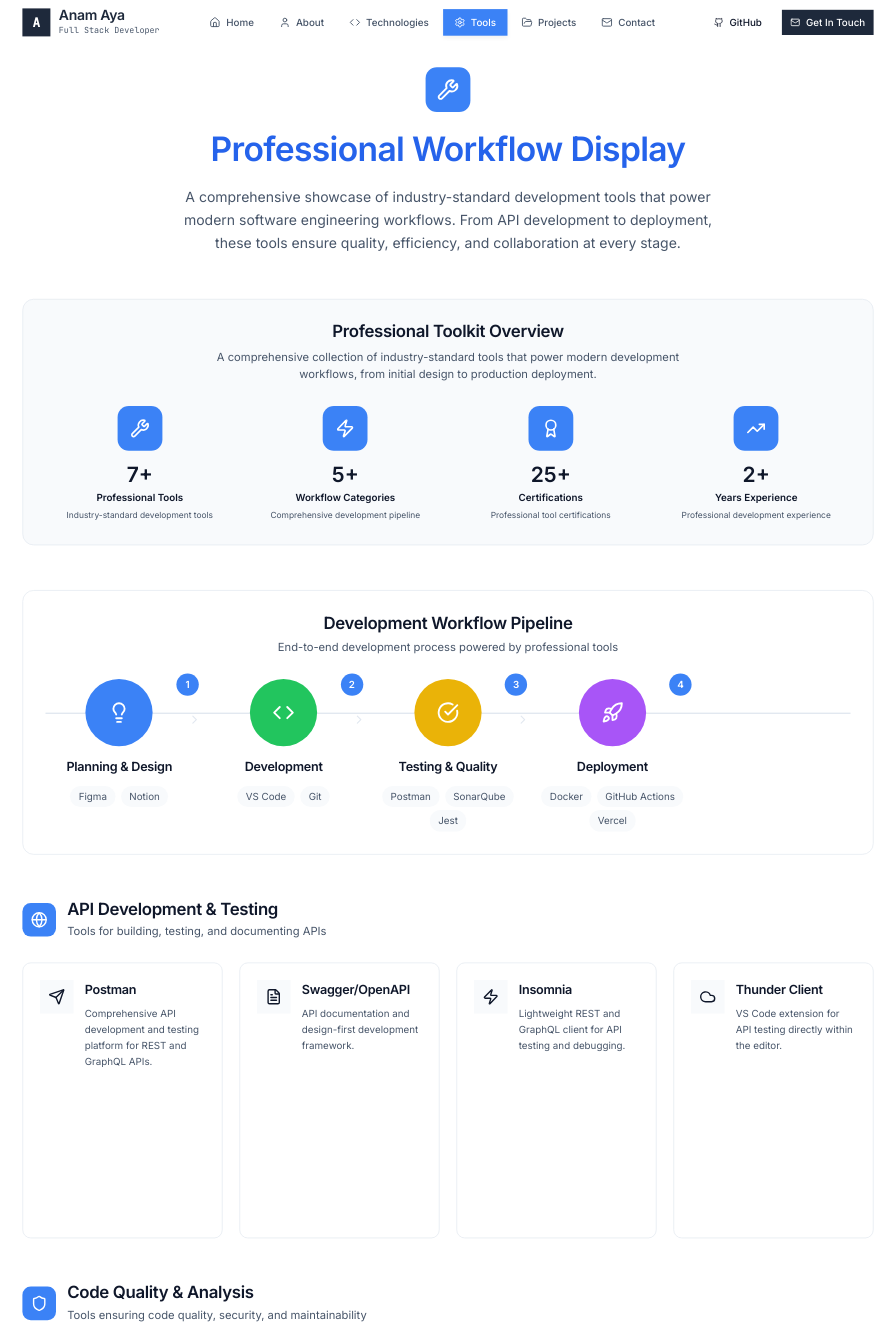
Repository: ayaaas/portflio_aya
Page: /tools-professional-workflow-display
An editor plug-in stored every save of this project. The page is shown before and after the next save, followed by the edit.
The browser window is 1280 px wide. The pictures show the part of the page from y = 0 to 1920 px (the page is 4482 px tall), at 70% of full size.
The project was rebuilt for these pictures with package versions that can differ from the ones it lists, and the page was loaded fresh each time. Also part of the build but not shown: vite.config.mjs, src/components/ErrorBoundary.jsx, src/components/AppImage.jsx, src/pages/hero-section-developer-portfolio/components/ProfileImage.jsx, src/pages/hero-section-developer-portfolio/components/AnimatedText.jsx, src/pages/hero-section-developer-portfolio/components/HeroContent.jsx, src/pages/hero-section-developer-portfolio/components/BackgroundPattern.jsx, src/pages/hero-section-developer-portfolio/components/ScrollIndicator.jsx and 24 more.

Above is the page before, as saved 2025-07-19 00:30:36.

### index.html
<!doctype html>
<html lang="en">

<head>
  <meta charset="utf-8" />
  <title>anam-aya-portfolio</title>
  <meta name="viewport" content="width=device-width, initial-scale=1.0" />
  <meta name="theme-color" content="#000000" />
  <meta name="description" content="Web site created using create-react-app" />
  <link rel="icon" href="/favicon.ico" />
  <link rel="manifest" href="/manifest.json" />
<script type="module" src="https://static.rocket.new/rocket-web.js?_cfg=https%3A%2F%2Fanamayap2173back.builtwithrocket.new&_be=https%3A%2F%2Fapplication.rocket.new&_v=0.1.6"></script>
</head>

<body>
  <noscript>You need to enable JavaScript to run this app.</noscript>
  <div class="dhiwise-code" id="root"></div>
  <script type="module" src="/src/index.jsx"></script>
</body>

</html>

### src/Routes.jsx
import React from "react";
import { BrowserRouter, Routes as RouterRoutes, Route } from "react-router-dom";
import ScrollToTop from "components/ScrollToTop";
import ErrorBoundary from "components/ErrorBoundary";
// Add your imports here
import HeroSectionDeveloperPortfolio from "pages/hero-section-developer-portfolio";
import AboutMePersonalNarrative from "pages/about-me-personal-narrative";
import ToolsProfessionalWorkflowDisplay from "pages/tools-professional-workflow-display";
import ContactCommunicationPortal from "pages/contact-communication-portal";
import TechnologiesInteractiveStackShowcase from "pages/technologies-interactive-stack-showcase";
import ProjectsCuratedCaseStudies from "pages/projects-curated-case-studies";
import NotFound from "pages/NotFound";

const Routes = () => {
  return (
    <BrowserRouter>
      <ErrorBoundary>
      <ScrollToTop />
      <RouterRoutes>
        {/* Define your routes here */}
        <Route path="/" element={<HeroSectionDeveloperPortfolio />} />
        <Route path="/hero-section-developer-portfolio" element={<HeroSectionDeveloperPortfolio />} />
        <Route path="/about-me-personal-narrative" element={<AboutMePersonalNarrative />} />
        <Route path="/tools-professional-workflow-display" element={<ToolsProfessionalWorkflowDisplay />} />
        <Route path="/contact-communication-portal" element={<ContactCommunicationPortal />} />
        <Route path="/technologies-interactive-stack-showcase" element={<TechnologiesInteractiveStackShowcase />} />
        <Route path="/projects-curated-case-studies" element={<ProjectsCuratedCaseStudies />} />
        <Route path="*" element={<NotFound />} />
      </RouterRoutes>
      </ErrorBoundary>
    </BrowserRouter>
  );
};

export default Routes;

### src/components/ui/Header.jsx
import React, { useState, useEffect } from 'react';
import { Link, useLocation } from 'react-router-dom';
import Icon from '../AppIcon';
import Button from './Button';

const Header = () => {
  const [isMenuOpen, setIsMenuOpen] = useState(false);
  const [isScrolled, setIsScrolled] = useState(false);
  const location = useLocation();

  const navigationItems = [
    { name: 'Home', path: '/hero-section-developer-portfolio', icon: 'Home' },
    { name: 'About', path: '/about-me-personal-narrative', icon: 'User' },
    { name: 'Technologies', path: '/technologies-interactive-stack-showcase', icon: 'Code' },
    { name: 'Tools', path: '/tools-professional-workflow-display', icon: 'Settings' },
    { name: 'Projects', path: '/projects-curated-case-studies', icon: 'FolderOpen' },
    { name: 'Contact', path: '/contact-communication-portal', icon: 'Mail' },
  ];

  useEffect(() => {
    const handleScroll = () => {
      setIsScrolled(window.scrollY > 20);
    };

    window.addEventListener('scroll', handleScroll);
    return () => window.removeEventListener('scroll', handleScroll);
  }, []);

  const toggleMenu = () => {
    setIsMenuOpen(!isMenuOpen);
  };

  const closeMenu = () => {
    setIsMenuOpen(false);
  };

  const isActivePath = (path) => {
    return location.pathname === path;
  };

  return (
    <header
      className={`fixed top-0 left-0 right-0 z-50 transition-all-300 ${
        isScrolled
          ? 'bg-background/95 backdrop-blur-sm border-b border-border shadow-soft'
          : 'bg-background'
      }`}
    >
      <div className="w-full">
        <div className="flex items-center justify-between h-16 px-6 lg:px-8">
          {/* Logo */}
          <Link
            to="/hero-section-developer-portfolio"
            className="flex items-center space-x-3 hover-lift"
            onClick={closeMenu}
          >
            <div className="w-10 h-10 bg-primary rounded-lg flex items-center justify-center">
              <span className="text-primary-foreground font-bold text-lg font-mono">A</span>
            </div>
            <div className="hidden sm:block">
              <h1 className="text-xl font-semibold text-primary tracking-tight">
                Anam Aya
              </h1>
              <p className="text-xs text-text-secondary font-mono">
                Full Stack Developer
              </p>
            </div>
          </Link>

          {/* Desktop Navigation */}
          <nav className="hidden lg:flex items-center space-x-1">
            {navigationItems.map((item) => (
              <Link
                key={item.path}
                to={item.path}
                className={`px-4 py-2 rounded-lg text-sm font-medium transition-all-300 hover-lift ${
                  isActivePath(item.path)
                    ? 'bg-accent text-accent-foreground shadow-soft'
                    : 'text-text-secondary hover:text-primary hover:bg-muted'
                }`}
              >
                <span className="flex items-center space-x-2">
                  <Icon name={item.icon} size={16} />
                  <span>{item.name}</span>
                </span>
              </Link>
            ))}
          </nav>

          {/* Desktop CTA */}
          <div className="hidden lg:flex items-center space-x-4">
            <Button
              variant="outline"
              size="sm"
              iconName="Github"
              iconPosition="left"
              onClick={() => window.open('https://github.com', '_blank')}
              className="hover-lift"
            >
              GitHub
            </Button>
            <Button
              variant="default"
              size="sm"
              iconName="Mail"
              iconPosition="left"
              onClick={() => window.location.href = 'mailto:anam@example.com'}
              className="hover-lift"
            >
              Get In Touch
            </Button>
          </div>

          {/* Mobile Menu Button */}
          <button
            onClick={toggleMenu}
            className="lg:hidden p-2 rounded-lg text-text-secondary hover:text-primary hover:bg-muted transition-all-300"
            aria-label="Toggle menu"
          >
            <Icon name={isMenuOpen ? 'X' : 'Menu'} size={24} />
          </button>
        </div>

        {/* Mobile Navigation */}
        <div
          className={`lg:hidden transition-all-300 overflow-hidden ${
            isMenuOpen ? 'max-h-96 opacity-100' : 'max-h-0 opacity-0'
          }`}
        >
          <nav className="px-6 py-4 bg-surface border-t border-border">
            <div className="space-y-2">
              {navigationItems.map((item) => (
                <Link
                  key={item.path}
                  to={item.path}
                  onClick={closeMenu}
                  className={`flex items-center space-x-3 px-4 py-3 rounded-lg text-sm font-medium transition-all-300 ${
                    isActivePath(item.path)
                      ? 'bg-accent text-accent-foreground shadow-soft'
                      : 'text-text-secondary hover:text-primary hover:bg-muted'
                  }`}
                >
                  <Icon name={item.icon} size={18} />
                  <span>{item.name}</span>
                </Link>
              ))}
            </div>

            {/* Mobile CTAs */}
            <div className="mt-6 pt-4 border-t border-border space-y-3">
              <Button
                variant="outline"
                fullWidth
                iconName="Github"
                iconPosition="left"
                onClick={() => {
                  window.open('https://github.com', '_blank');
                  closeMenu();
                }}
              >
                View GitHub
              </Button>
              <Button
                variant="default"
                fullWidth
                iconName="Mail"
                iconPosition="left"
                onClick={() => {
                  window.location.href = 'mailto:anam@example.com';
                  closeMenu();
                }}
              >
                Get In Touch
              </Button>
            </div>
          </nav>
        </div>
      </div>
    </header>
  );
};

export default Header;

### src/components/ui/Button.jsx
import React from 'react';
import { Slot } from "@radix-ui/react-slot";
import { cva } from "class-variance-authority";
import { cn } from "../../utils/cn";
import Icon from '../AppIcon';

const buttonVariants = cva(
    "inline-flex items-center justify-center whitespace-nowrap rounded-md text-sm font-medium ring-offset-background transition-colors focus-visible:outline-none focus-visible:ring-2 focus-visible:ring-ring focus-visible:ring-offset-2 disabled:pointer-events-none disabled:opacity-50",
    {
        variants: {
            variant: {
                default: "bg-primary text-primary-foreground hover:bg-primary/90",
                destructive: "bg-destructive text-destructive-foreground hover:bg-destructive/90",
                outline: "border border-input hover:bg-accent hover:text-accent-foreground",
                secondary: "bg-secondary text-secondary-foreground hover:bg-secondary/80",
                ghost: "hover:bg-accent hover:text-accent-foreground",
                link: "text-primary underline-offset-4 hover:underline",
                success: "bg-success text-success-foreground hover:bg-success/90",
                warning: "bg-warning text-warning-foreground hover:bg-warning/90",
                danger: "bg-error text-error-foreground hover:bg-error/90",
            },
            size: {
                default: "h-10 px-4 py-2",
                sm: "h-9 rounded-md px-3",
                lg: "h-11 rounded-md px-8",
                icon: "h-10 w-10",
                xs: "h-8 rounded-md px-2 text-xs",
                xl: "h-12 rounded-md px-10 text-base",
            },
        },
        defaultVariants: {
            variant: "default",
            size: "default",
        },
    }
);

const Button = React.forwardRef(({
    className,
    variant,
    size,
    asChild = false,
    children,
    loading = false,
    iconName = null,
    iconPosition = 'left',
    iconSize = null,
    fullWidth = false,
    disabled = false,
    ...props
}, ref) => {
    const Comp = asChild ? Slot : "button";

    // Icon size mapping based on button size
    const iconSizeMap = {
        xs: 12,
        sm: 14,
        default: 16,
        lg: 18,
        xl: 20,
        icon: 16,
    };

    const calculatedIconSize = iconSize || iconSizeMap[size] || 16;

    // Loading spinner
    const LoadingSpinner = () => (
        <svg className="animate-spin -ml-1 mr-2 h-4 w-4" fill="none" viewBox="0 0 24 24">
            <circle className="opacity-25" cx="12" cy="12" r="10" stroke="currentColor" strokeWidth="4" />
            <path className="opacity-75" fill="currentColor" d="M4 12a8 8 0 018-8V0C5.373 0 0 5.373 0 12h4zm2 5.291A7.962 7.962 0 014 12H0c0 3.042 1.135 5.824 3 7.938l3-2.647z" />
        </svg>
    );

    // Icon rendering
    const renderIcon = () => {
        if (!iconName) return null;

        return (
            <Icon
                name={iconName}
                size={calculatedIconSize}
                className={cn(
                    children && iconPosition === 'left' && "mr-2",
                    children && iconPosition === 'right' && "ml-2"
                )}
            />
        );
    };

    return (
        <Comp
            className={cn(
                buttonVariants({ variant, size, className }),
                fullWidth && "w-full"
            )}
            ref={ref}
            disabled={disabled || loading}
            {...props}
        >
            {loading && <LoadingSpinner />}
            {iconName && iconPosition === 'left' && renderIcon()}
            {children}
            {iconName && iconPosition === 'right' && renderIcon()}
        </Comp>
    );
});

Button.displayName = "Button";

export default Button;

### src/pages/tools-professional-workflow-display/components/CategorySection.jsx
import React from 'react';
import Icon from '../../../components/AppIcon';
import ToolCard from './ToolCard';

const CategorySection = ({ category, index }) => {
  return (
    <div
      className="mb-16 fade-in"
      style={{ animationDelay: `${index * 200}ms` }}
    >
      <div className="flex items-center space-x-4 mb-8">
        <div className="w-12 h-12 bg-accent rounded-xl flex items-center justify-center">
          <Icon name={category.icon} size={24} className="text-accent-foreground" />
        </div>
        <div>
          <h2 className="text-2xl font-bold text-text-primary mb-1">
            {category.name}
          </h2>
          <p className="text-text-secondary">
            {category.description}
          </p>
        </div>
      </div>

      <div className="grid grid-cols-1 md:grid-cols-2 lg:grid-cols-3 xl:grid-cols-4 gap-6">
        {category.tools.map((tool, toolIndex) => (
          <ToolCard
            key={tool.id}
            tool={tool}
            index={toolIndex}
          />
        ))}
      </div>
    </div>
  );
};

export default CategorySection;

### src/pages/tools-professional-workflow-display/components/StatsOverview.jsx
import React from 'react';
import Icon from '../../../components/AppIcon';

const StatsOverview = () => {
  const stats = [
    {
      id: 1,
      icon: "Wrench",
      value: "7+",
      label: "Professional Tools",
      description: "Industry-standard development tools"
    },
    {
      id: 2,
      icon: "Zap",
      value: "5+",
      label: "Workflow Categories",
      description: "Comprehensive development pipeline"
    },
    {
      id: 3,
      icon: "Award",
      value: "25+",
      label: "Certifications",
      description: "Professional tool certifications"
    },
    {
      id: 4,
      icon: "TrendingUp",
      value: "2+",
      label: "Years Experience",
      description: "Professional development experience"
    }
  ];

  return (
    <div className="bg-surface rounded-2xl p-8 mb-16 border border-border">
      <div className="text-center mb-8">
        <h2 className="text-2xl font-bold text-text-primary mb-2">
          Professional Toolkit Overview
        </h2>
        <p className="text-text-secondary max-w-2xl mx-auto">
          A comprehensive collection of industry-standard tools that power modern development workflows,
          from initial design to production deployment.
        </p>
      </div>

      <div className="grid grid-cols-1 sm:grid-cols-2 lg:grid-cols-4 gap-6">
        {stats.map((stat, index) => (
          <div
            key={stat.id}
            className="text-center group hover-lift fade-in"
            style={{ animationDelay: `${index * 100}ms` }}
          >
            <div className="w-16 h-16 bg-accent rounded-2xl flex items-center justify-center mx-auto mb-4 group-hover:scale-110 transition-transform duration-300">
              <Icon name={stat.icon} size={28} className="text-accent-foreground" />
            </div>
            <div className="text-3xl font-bold text-text-primary mb-1">
              {stat.value}
            </div>
            <div className="text-sm font-semibold text-text-primary mb-1">
              {stat.label}
            </div>
            <div className="text-xs text-text-secondary">
              {stat.description}
            </div>
          </div>
        ))}
      </div>
    </div>
  );
};

export default StatsOverview;

### src/pages/tools-professional-workflow-display/components/WorkflowVisualization.jsx
import React from 'react';
import Icon from '../../../components/AppIcon';

const WorkflowVisualization = () => {
  const workflowSteps = [
    {
      id: 1,
      phase: "Planning & Design",
      tools: ["Figma", "Notion"],
      icon: "Lightbulb",
      color: "bg-blue-500"
    },
    {
      id: 2,
      phase: "Development",
      tools: ["VS Code", "Git"],
      icon: "Code",
      color: "bg-green-500"
    },
    {
      id: 3,
      phase: "Testing & Quality",
      tools: ["Postman", "SonarQube", "Jest"],
      icon: "CheckCircle",
      color: "bg-yellow-500"
    },
    {
      id: 4,
      phase: "Deployment",
      tools: ["Docker", "GitHub Actions", "Vercel"],
      icon: "Rocket",
      color: "bg-purple-500"
    },


  ];

  return (
    <div className="bg-card rounded-2xl p-8 mb-16 border border-border">
      <div className="text-center mb-8">
        <h2 className="text-2xl font-bold text-text-primary mb-2">
          Development Workflow Pipeline
        </h2>
        <p className="text-text-secondary">
          End-to-end development process powered by professional tools
        </p>
      </div>

      <div className="relative">
        {/* Workflow Line */}
        <div className="hidden lg:block absolute top-12 left-0 right-0 h-0.5 bg-border"></div>

        <div className="grid grid-cols-1 sm:grid-cols-2 lg:grid-cols-5 gap-6">
          {workflowSteps.map((step, index) => (
            <div
              key={step.id}
              className="relative text-center fade-in"
              style={{ animationDelay: `${index * 150}ms` }}
            >
              {/* Step Circle */}
              <div className={`w-24 h-24 ${step.color} rounded-full flex items-center justify-center mx-auto mb-4 relative z-10 hover:scale-110 transition-transform duration-300`}>
                <Icon name={step.icon} size={32} className="text-white" />
              </div>

              {/* Step Number */}
              <div className="absolute -top-2 -right-2 w-8 h-8 bg-accent text-accent-foreground rounded-full flex items-center justify-center text-sm font-bold z-20">
                {step.id}
              </div>

              {/* Phase Name */}
              <h3 className="text-lg font-semibold text-text-primary mb-2">
                {step.phase}
              </h3>

              {/* Tools List */}
              <div className="space-y-1">
                {step.tools.map((tool, toolIndex) => (
                  <div
                    key={toolIndex}
                    className="text-sm text-text-secondary bg-muted px-3 py-1 rounded-full inline-block mx-1"
                  >
                    {tool}
                  </div>
                ))}
              </div>

              {/* Arrow for desktop */}
              {index < workflowSteps.length - 1 && (
                <div className="hidden lg:block absolute top-12 -right-3 z-20">
                  <Icon name="ChevronRight" size={20} className="text-border" />
                </div>
              )}
            </div>
          ))}
        </div>
      </div>
    </div>
  );
};

export default WorkflowVisualization;

### src/pages/tools-professional-workflow-display/components/ToolCard.jsx
import React from 'react';
import Icon from '../../../components/AppIcon';

const ToolCard = ({ tool, index }) => {
  const level = Math.max(0, Math.min(5, Number(tool.proficiency) || 0));

  return (
    <div
      className="group bg-card rounded-xl p-6 border border-border hover-lift transition-all-300 fade-in"
      style={{ animationDelay: `${index * 100}ms` }}
    >
      <div className="flex items-start space-x-4">
        <div className="flex-shrink-0">
          <div className="w-12 h-12 bg-surface rounded-lg flex items-center justify-center group-hover:bg-accent group-hover:text-accent-foreground transition-all-300">
            <Icon name={tool.icon} size={24} />
          </div>
        </div>

        <div className="flex-1 min-w-0">
          <h3 className="text-lg font-semibold text-text-primary mb-2 group-hover:text-accent transition-colors">
            {tool.name}
          </h3>
          <p className="text-sm text-text-secondary mb-3 leading-relaxed">
            {tool.description}
          </p>

          {tool.useCase && (
            <div className="opacity-0 group-hover:opacity-100 transition-opacity duration-300">
              <div className="bg-muted rounded-lg p-3 border-l-4 border-accent">
                <p className="text-xs text-text-secondary font-medium mb-1">Use Case:</p>
                <p className="text-sm text-text-primary">{tool.useCase}</p>
              </div>
            </div>
          )}

          {tool.certification && (
            <div className="mt-3 flex items-center space-x-2">
              <Icon name="Award" size={14} className="text-success" />
              <span className="text-xs text-success font-medium">{tool.certification}</span>
            </div>
          )}

          {/* Proficiency status removed as requested */}
        </div>
      </div>
    </div>
  );
};

export default ToolCard;

Loaded but not shown: src/index.jsx (common file); src/App.jsx (common file); src/styles/tailwind.css (library); src/styles/index.css (common file); src/components/ScrollToTop.jsx (common file); src/components/AppIcon.jsx (common file); src/utils/cn.js (common file); tailwind.config.js (148 lines, source omitted); src/pages/tools-professional-workflow-display/index.jsx (289 lines, source omitted)

After the next save:
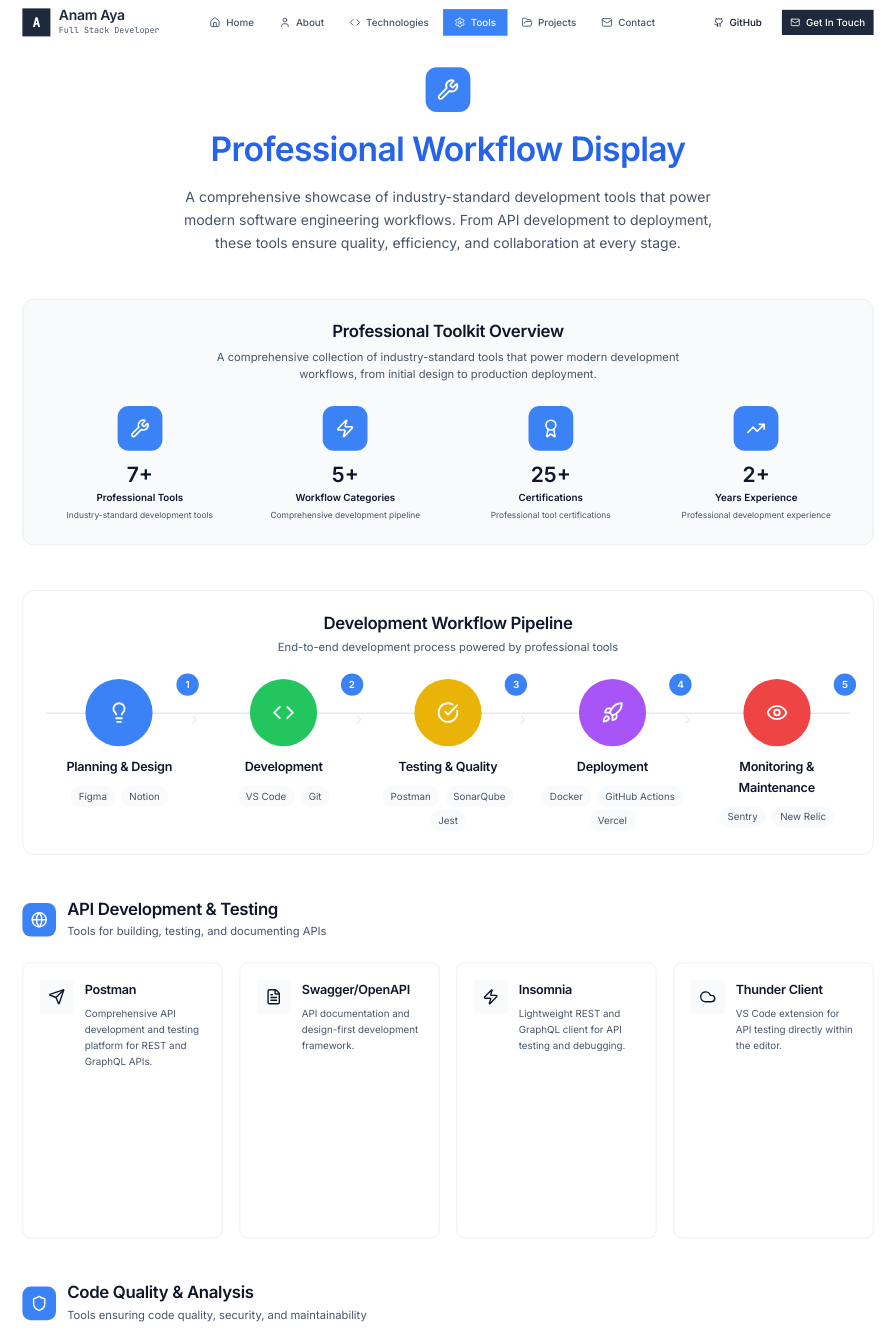
Saved 6 s later.
--- a/src/pages/tools-professional-workflow-display/components/WorkflowVisualization.jsx
+++ b/src/pages/tools-professional-workflow-display/components/WorkflowVisualization.jsx
@@ -31,7 +31,13 @@ const WorkflowVisualization = () => {
       icon: "Rocket",
       color: "bg-purple-500"
     },
-
+    {
+      id: 5,
+      phase: "Monitoring & Maintenance",
+      tools: ["Sentry", "New Relic"],
+      icon: "Eye",
+      color: "bg-red-500"
+    }
 
   ];
 
